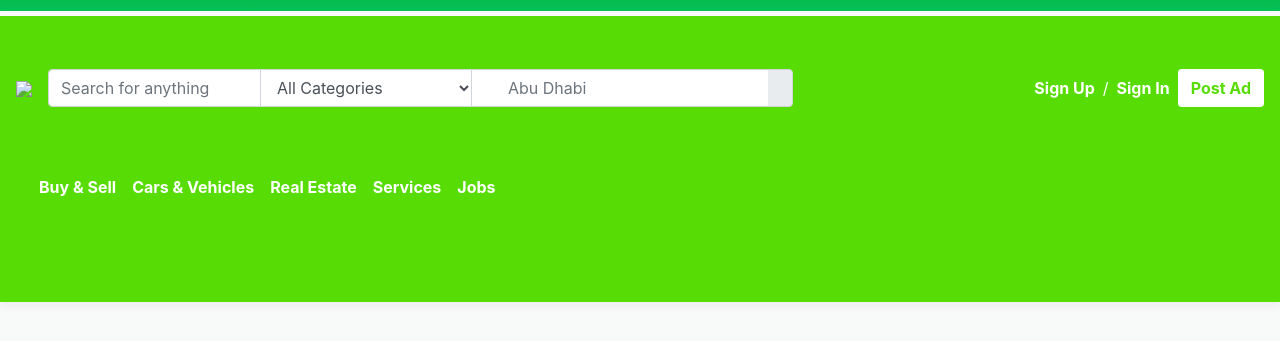
Repository: muazzamkha95/yabie
Page: homepage.html
The author's editor kept a copy of each file at every save. The page is drawn from the files as they stood at one save, then again after a run of saves.
The browser window is 1280 px wide. The pictures show the whole page.

Above is the page before, as saved 2020-07-02 21:54:57.
Console error: TypeError: Cannot read properties of undefined (reading 'fn')
Not found: assets/img/yabie-logo.PNG

After the next 2 saves:
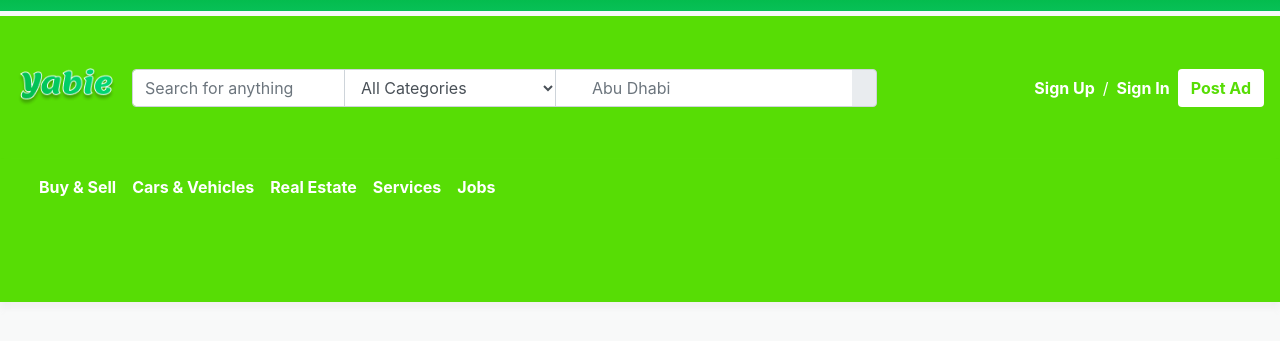
The 2 saves are shown as one change because they came seconds apart.
The last was saved 51 s later.
--- a/homepage.html
+++ b/homepage.html
@@ -16,7 +16,7 @@
             <nav class="navbar navbar-expand-lg bg-success navbar-dark">
                 <!-- Brand -->
                 <a class="navbar-brand" href="#">
-                    <img src="assets/img/yabie-logo.PNG" width="100px">
+                    <img src="images/YabieLogo.png" width="100px">
                 </a>
 
                 <!-- Toggler/collapsibe Button -->
